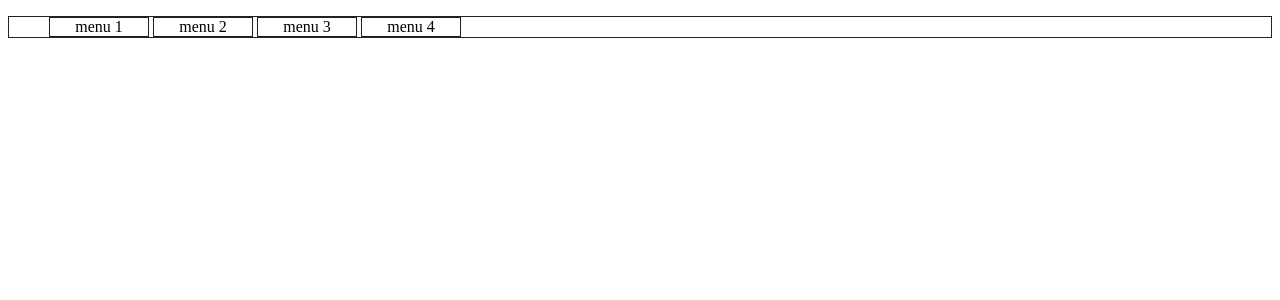
Repository: 753kg/753kg.github.io
Page: KOSTA/webProject/WebContent/doit/08/display.html
The author's editor kept a copy of each file at every save. The page is drawn from the files as they stood at one save, then again after the next save.
The browser window is 1280 px wide. The pictures show the whole page.

Above is the page before, as saved 2021-04-01 01:42:09.

After the next save:
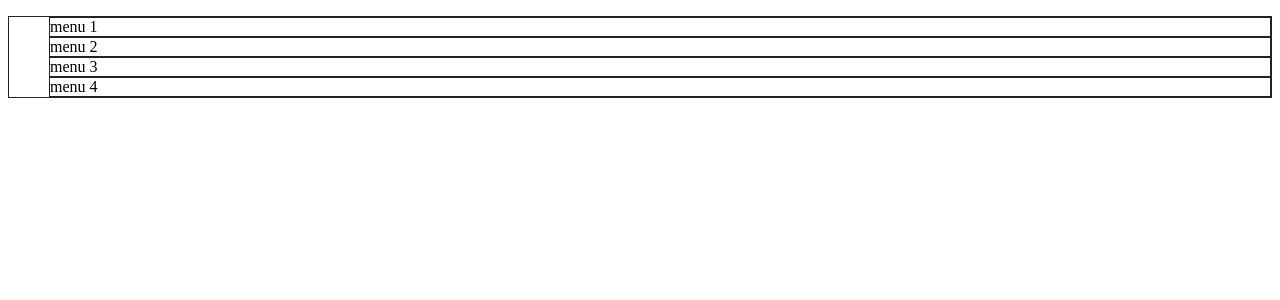
Saved 33 s later.
--- a/KOSTA/webProject/WebContent/doit/08/display.html
+++ b/KOSTA/webProject/WebContent/doit/08/display.html
@@ -17,11 +17,11 @@
     ul {
       list-style: circle;
     }
-    li {
+    /* li {
       display: inline-block;
       width: 100px;
       text-align: center;
-    }
+    } */
 
     /* * {
       box-sizing: border-box;
